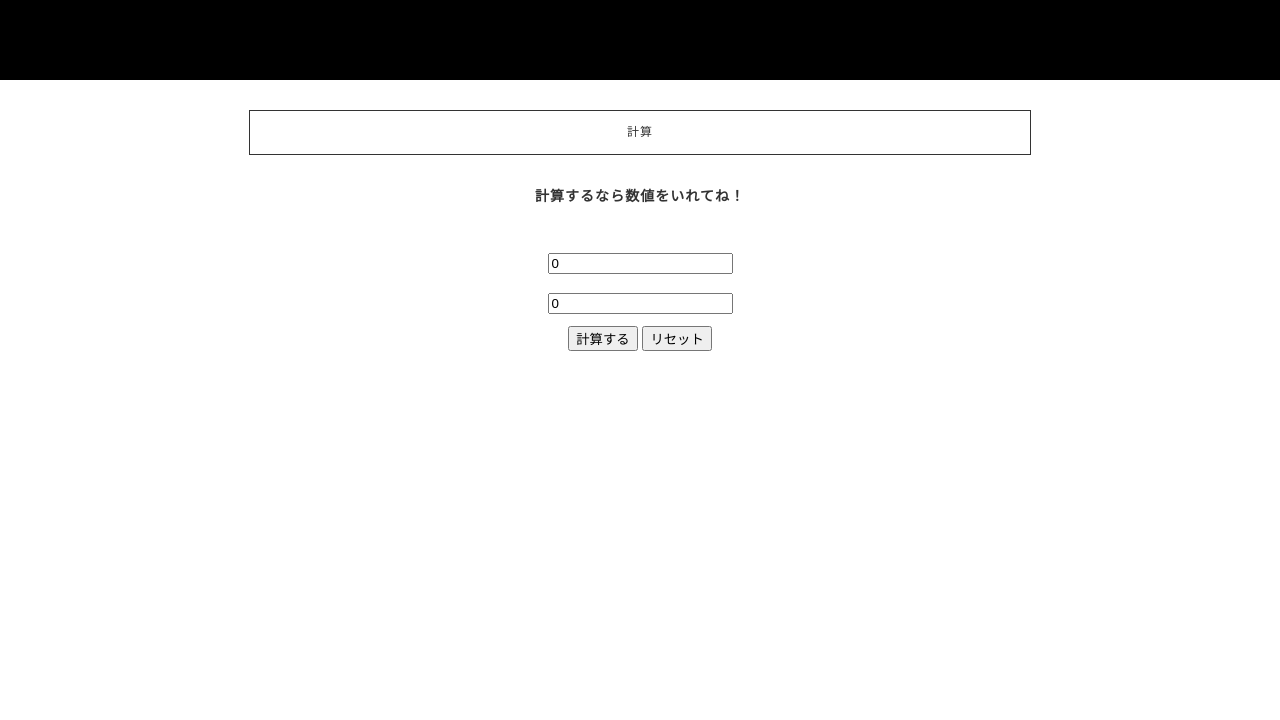
Repository: HattoriKotaro19920408/Keisanchan
Page: http://localhost/Keisanchan/keisan.jsp
The author's editor kept a copy of each file at every save. The page is drawn from the files as they stood at one save, then again after the next save.
The browser window is 1280 px wide. The pictures show the whole page.
The page is served by Tomcat 9. Other server files are loaded and not shown.

Above is the page before, as saved 2018-08-08 02:13:57.

### Keisanchan/WebContent/keisan.jsp
<%@ page language="java" contentType="text/html; charset=UTF-8"
    pageEncoding="UTF-8"%>
<%@ taglib prefix="s" uri="/struts-tags" %>
<!DOCTYPE html PUBLIC "-//W3C//DTD HTML 4.01 Transitional//EN" "http://www.w3.org/TR/html4/loose.dtd">
<html>
<head>
<meta http-equiv="Content-Type" content="text/html; charset=utf-8" />
<meta http-equiv="Content-Style-Type" content="text/css" />
<meta http-equiv="Content-Script-Type" content="text/javascript" />
<meta http-equiv="imagetoolbar" content="no" />
<meta name="description" content="" />
<meta name="keywords" content="" />

<title>計算画面</title>
<style type="text/css">
 body{
      margin:0;
      padding:0;
      line-height:1.6;
      letter-spacing:1px;
      font-family:Verdana, Helvetica, sans-serif;
      font-size:12px;
      color:#333;
      background:#fff;
   }
   table{
     text-align:center;
     margin:o auto;
   }

   #top{
     width:780px;
     margin:30px auto;
     border:1px solid #333;
   }
   #header{
     width:100%;
     height:80px;
     background-color:black;
   }
   #main{
     width:100%;
     height:500px;
     text-align:center;
   }
   #footer{
     width:100%;
     height:80px;
     background-color:black;
     clear:both;
   }
   #text-center{
      display:inline-block;
      text-align:center;
   }

</style>
</head>
<body>
<div id="header">
        <div id="pr">
        </div>
</div>
<div id = "main">
       <div id="top">
          <p>計算</p>
       </div>
       <div>
        <h3>計算するなら数値をいれてね！</h3>

       <br/>
       <form method="get" action="keisanResult.jsp" oninput="result.value = Number(a.value) + Number(b.value);">

<p><input type="number" name="a" value="0"> <br>
 <br><input type="number" name="b" value="0"></p>



<p><input type="submit" value="計算する"> <input type="reset" value="リセット"></p>

</form>

       <div id="text-link">

       </div>
       </div>
   </div>
</body>
</html>

After the next save:
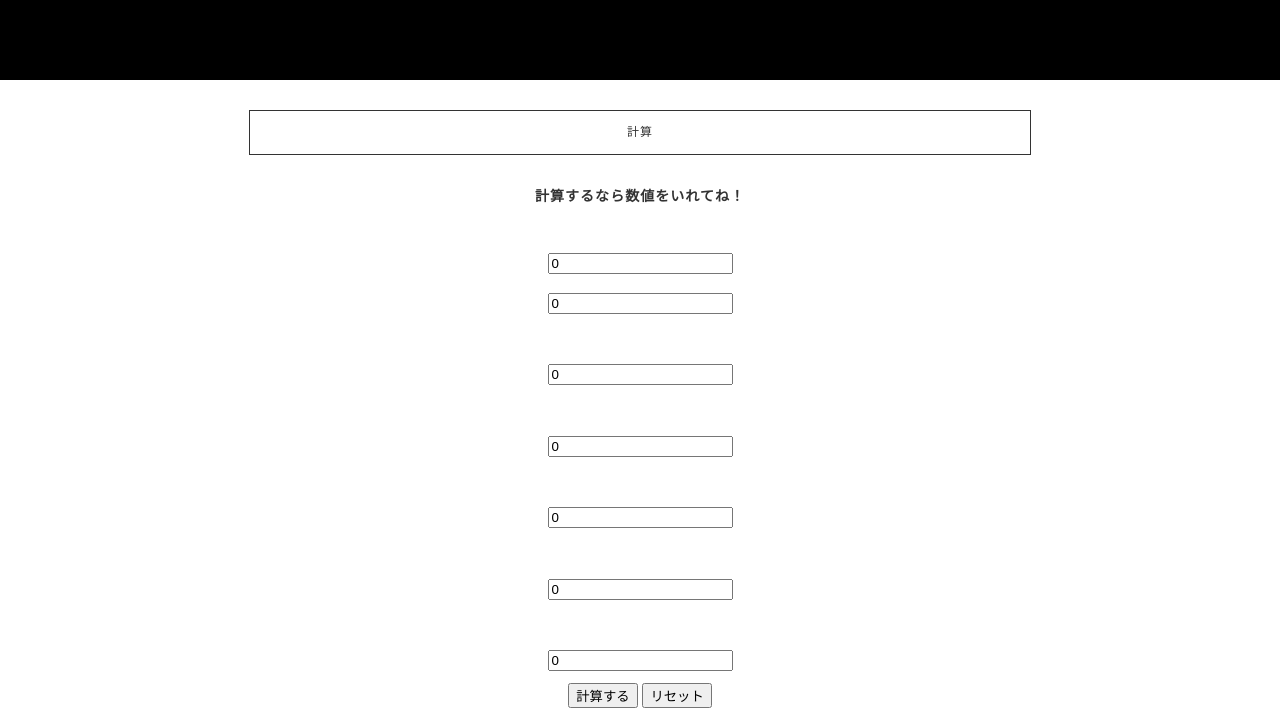
Saved 4 min 23 s later.
--- a/Keisanchan/WebContent/keisan.jsp
+++ b/Keisanchan/WebContent/keisan.jsp
@@ -71,8 +71,14 @@
        <br/>
        <form method="get" action="keisanResult.jsp" oninput="result.value = Number(a.value) + Number(b.value);">
 
-<p><input type="number" name="a" value="0"> <br>
- <br><input type="number" name="b" value="0"></p>
+<p><input type="number" name="toki" value="0">
+
+<br><br><input type="number" name="zikoshi" value="0"></p>
+<br><br><input type="number" name="zikoshi" value="0"></p>
+<br><br><input type="number" name="zikoshi" value="0"></p>
+<br><br><input type="number" name="zikoshi" value="0"></p>
+<br><br><input type="number" name="zikoshi" value="0"></p>
+<br><br><input type="number" name="zikoshi" value="0"></p>
 
 
 
